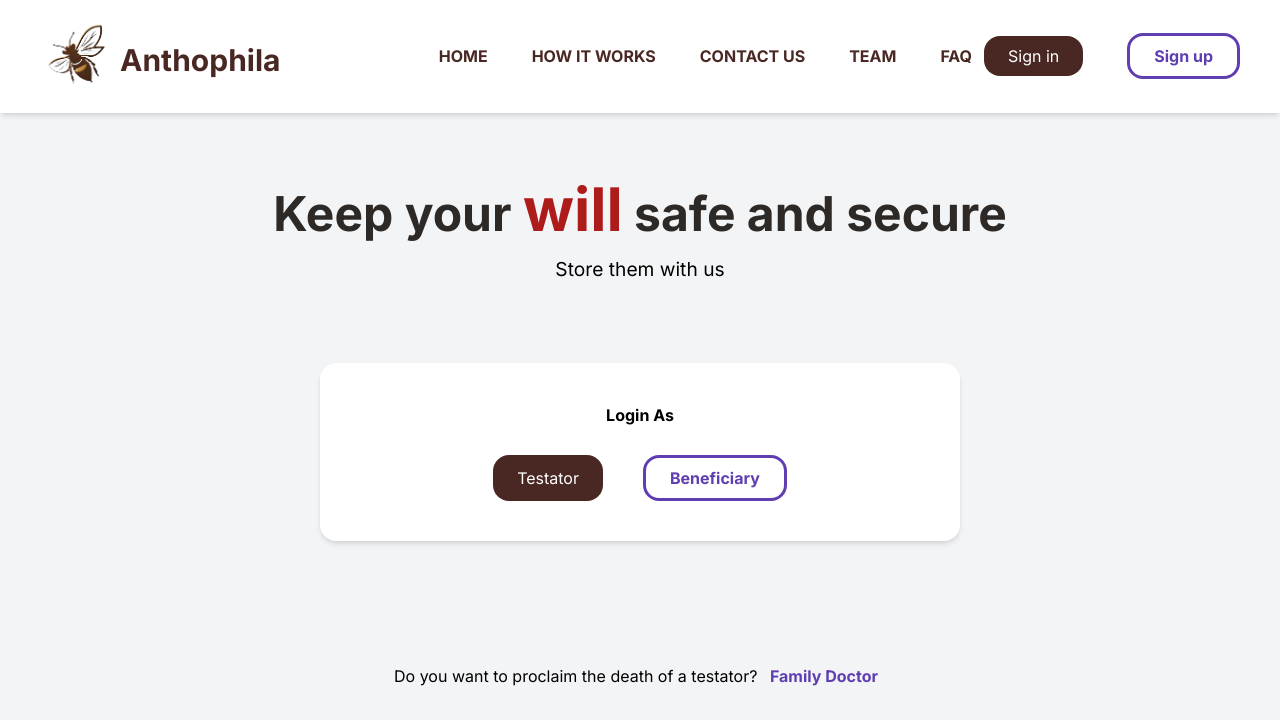
Repository: marcusdashe/anthophila
Page: /
The author's editor kept a copy of each file at every save. The page is drawn from the files as they stood at one save, then again after the next save.
The browser window is 1280 px wide. The pictures show the whole page.
The project was rebuilt for these pictures with package versions that can differ from the ones it lists, and the page was loaded fresh each time. The framework's server and built-in components were replaced by stand-ins that run in the browser. Also part of the build but not shown: next.config.js, styles/Home.module.css.

Above is the page before, as saved 2023-03-03 15:41:08.

After the next save:
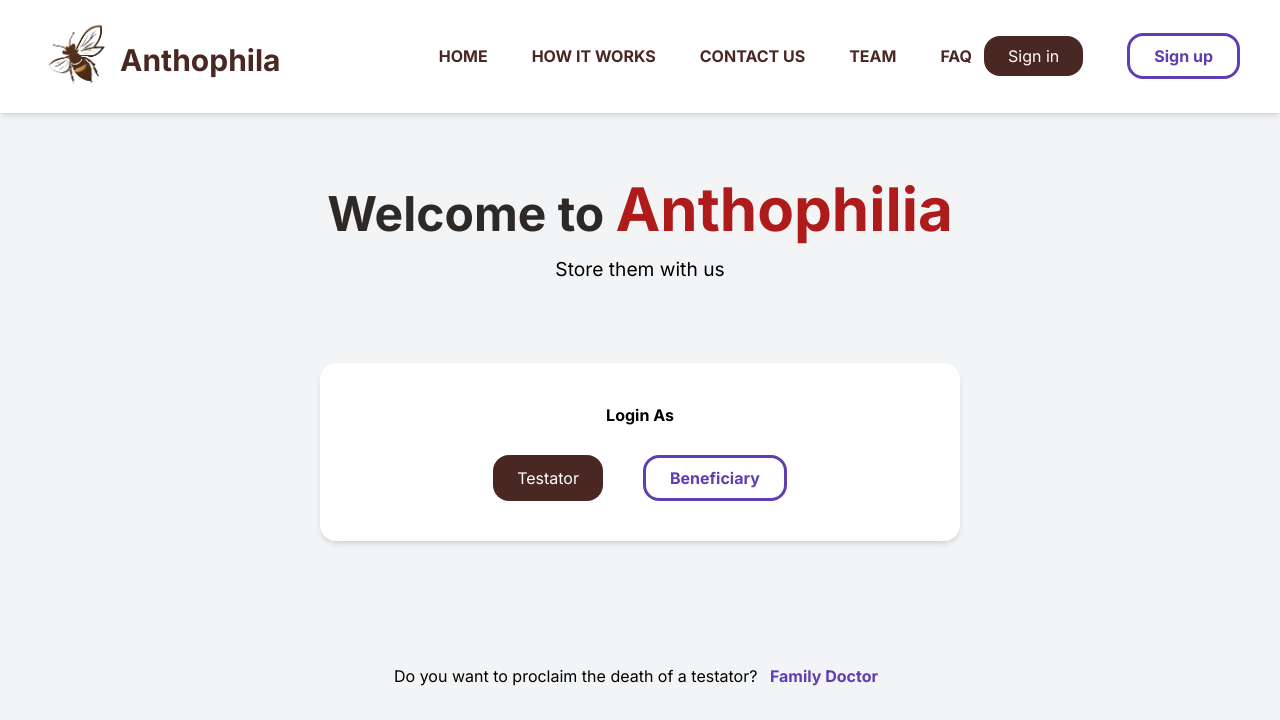
Saved 5 days later.
--- a/components/Hero.jsx
+++ b/components/Hero.jsx
@@ -8,8 +8,8 @@ const Hero = () => {
       <header className="">
         <div className="max-w-7xl mx-auto px-4 sm:px-6 lg:px-8 flex flex-col items-center justify-center">
           <h1 className="text-5xl font-bold text-[#2D2926]  text-center mb-4">
-            Keep your <span className="text-[#AE1B1B] text-6xl">will</span> safe
-            and secure
+            Welcome to{" "}
+            <span className="text-[#AE1B1B] text-6xl">Anthophilia</span>
           </h1>
           <p className="text-center text-[1.2rem]">Store them with us</p>
         </div>
